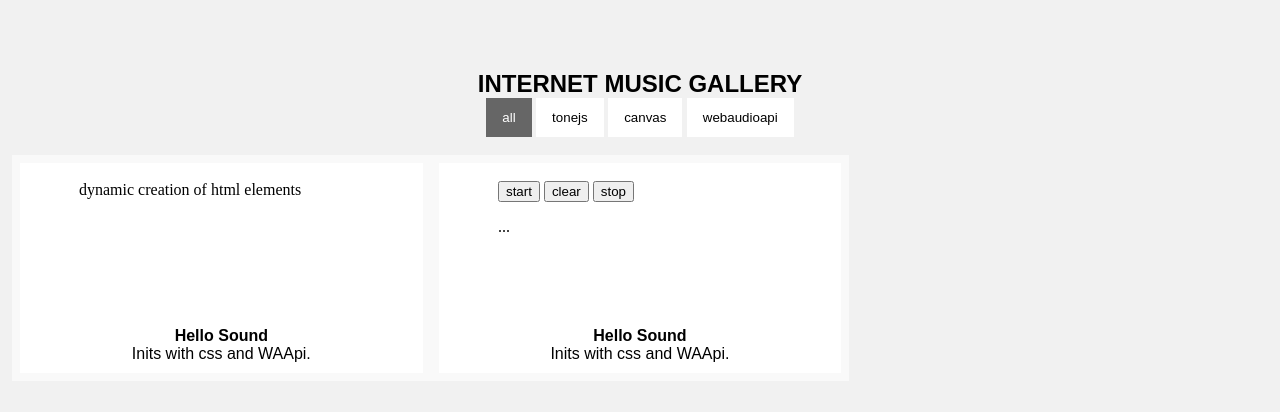
Repository: zzigo/internetmusic
Page: index.html
An editor plug-in stored every save of this project. The page is shown before and after the next save, followed by the edit.
The browser window is 1280 px wide. The pictures show the whole page.

Above is the page before, as saved 2022-07-05 07:14:39.
Console error: SyntaxError: Unexpected token '.'

### index.html
<!DOCTYPE html>
<html lang="en">

<head>
    <meta charset="UTF-8">
    <meta http-equiv="X-UA-Compatible" content="IE=edge">
    <meta name="viewport" content="width=device-width, initial-scale=1.0">
    <title>IM repository</title>

    <style>
        /* Variables */
        @thumbnail-width: 1440px;
        @thumbnail-height: 900px;
        @thumbnail-zoom: 0.25;

        /* Basic CSS Reset */
        * {
            margin: 0;
            padding: 0;
            box-sizing: border-box;
        }

        /* Demo-specific styling */
        body {
            text-align: center;
            margin-top: 50px;
        }

        /* This container helps the thumbnail behave as if it were an unscaled IMG element */
        .column {
            width: calc(@thumbnail-width * @thumbnail-zoom);
            height: calc(@thumbnail-height * @thumbnail-zoom);
            display: inline-block;
            overflow: hidden;
            position: relative;
            background: #f9f9f9;
        }

        /* Image Icon for the Background */
        .column::before {
            position: absolute;
            left: ~"calc(50% - 16px)";
            top: ~"calc(50% - 18px)";
            opacity: 0.2;
            display: block;
            -ms-zoom: 2;
            -o-transform: scale(2);
            -moz-transform: scale(2);
            -webkit-transform: scale(2);
            /* content: url("data:[embedded picture, 1590 characters]"); */
        }

        /* This is a masking container for the zoomed iframe element */
        .thumbnail {
            background-color: white;
            padding: 10px;
            -ms-zoom: @thumbnail-zoom;
            -moz-transform: scale(@thumbnail-zoom);
            -moz-transform-origin: 0 0;
            -o-transform: scale(@thumbnail-zoom);
            -o-transform-origin: 0 0;
            -webkit-transform: scale(@thumbnail-zoom);
            -webkit-transform-origin: 0 0;
        }



        /* This is our screen sizing */
        .thumbnail,
        .thumbnail iframe {
            width: @thumbnail-width;
            height: @thumbnail-height;
        }

        /* This facilitates the fade-in transition instead of flicker. It also helps us maintain the illusion that this is an image, since some webpages will have a preloading animation or wait for some images to download */
        .thumbnail iframe {
            opacity: 0;
            transition: all 300ms ease-in-out;
        }

        /* This pseudo element masks the iframe, so that mouse wheel scrolling and clicking do not affect the simulated "screenshot" */
        .thumbnail:after {
            content: "";
            display: block;
            position: absolute;
            top: 0;
            left: 0;
            right: 0;
            bottom: 0;
        }

        * {
            box-sizing: border-box;
        }

        body {
            background-color: #f1f1f1;
            padding: 20px;
            font-family: Arial;
        }

        /* Center website */
        .main {
            max-width: 1000px;
            margin: auto;
        }

        h1 {
            font-size: 50px;
            word-break: break-all;
        }

        .row {
            margin: 10px -16px;
        }

        /* Add padding BETWEEN each column */
        .row,
        .row>.column {
            padding: 8px;
        }

        /* Create three equal columns that floats next to each other */
        .column {
            float: left;
            width: 33.33%;
            display: none;
            /* Hide all elements by default */
        }

        /* Clear floats after rows */
        .row:after {
            content: "";
            display: table;
            clear: both;
        }



        /* The "show" class is added to the filtered elements */
        .show {
            display: block;
        }

        /* Style the buttons */
        .btn {
            border: none;
            outline: none;
            padding: 12px 16px;
            background-color: white;
            cursor: pointer;
        }

        .btn:hover {
            background-color: #ddd;
        }

        .btn.active {
            background-color: #666;
            color: white;
        }
    </style>
</head>

<body>


    <h2>INTERNET MUSIC GALLERY</h2>
    <div id="myBtnContainer">
        <button class="btn active" onclick="filterSelection('all')"> all</button>
        <button class="btn" onclick="filterSelection('tonejs')"> tonejs</button>
        <button class="btn" onclick="filterSelection('canvas')"> canvas</button>
        <button class="btn" onclick="filterSelection('webaudioapi')"> webaudioapi</button>
    </div>

    <div class="row">
        <div class="column tonejs">
            <div class="thumbnail" onclick="location.href='./class01/hellosound03.html';">
                <!-- <img src="/w3images/mountains.jpg" alt="Mountains" style="width:100%"> -->
                <iframe src="./class01/hellosound03.html" frameborder="0" onload="this.style.opacity = 1"></iframe>

                <h4>Hello Sound</h4>
                <p>Inits with css and WAApi.</p>
            </div>
        </div>

        <div class="column webaudioapi">
            <div class="thumbnail" onclick="location.href='./class02-tonejs/tonejs01.html';">
                <!-- <img src="/w3images/mountains.jpg" alt="Mountains" style="width:100%"> -->
                <iframe src="./class02-tonejs/tonejs01.html" frameborder="0" onload="this.style.opacity = 1"></iframe>

                <h4>Hello Sound</h4>
                <p>Inits with css and WAApi.</p>
            </div>
        </div>





        <!-- END GRID -->
    </div>

    <!-- END MAIN -->
    </div>

    <script>
        const sites = [{
                name: "Hello Sound",
                url: "./class01/hellosound03.html",
                comment: "Inits with css and WAApi",
                img: ""
            },
            {
                name: "Theremin",
                url: "./class02-tonejs/tonejs01.html",
                comment: "Initial theremin"
            }
        ];


        for (var i = 0; i < sites.length; i++) {
            console.log(sites[i].name);
        }





        filterSelection("all")

        function filterSelection(c) {
            var x, i;
            x = document.getElementsByClassName("column");
            if (c == "all") c = "";
            for (i = 0; i < x.length; i++) {
                w3RemoveClass(x[i], "show");
                if (x[i].className.indexOf(c) > -1) w3AddClass(x[i], "show");
            }
        }

        function w3AddClass(element, name) {
            var i, arr1, arr2;
            arr1 = element.className.split(" ");
            arr2 = name.split(" ");
            for (i = 0; i < arr2.length; i++) {
                if (arr1.indexOf(arr2[i]) == -1) {
                    element.className += " " + arr2[i];
                }
            }
        }

        function w3RemoveClass(element, name) {
            var i, arr1, arr2;
            arr1 = element.className.split(" ");
            arr2 = name.split(" ");
            for (i = 0; i < arr2.length; i++) {
                while (arr1.indexOf(arr2[i]) > -1) {
                    arr1.splice(arr1.indexOf(arr2[i]), 1);
                }
            }
            element.className = arr1.join(" ");
        }


        // Add active class to the current button (highlight it)
        var btnContainer = document.getElementById("myBtnContainer");
        var btns = btnContainer.getElementsByClassName("btn");
        for (var i = 0; i < btns.length; i++) {
            btns[i].addEventListener("click", function () {
                var current = document.getElementsByClassName("active");
                current[0].className = current[0].className.replace(" active", "");
                this.className += " active";
            });
        }
    </script>

</body>

</html>

### class01/hellosound03.html
<html>

<head>
    <style>
        body {
            height: 500px;
        }
    </style>
</head>

<body>
    <p>dynamic creation of html elements</p>
    <script>
        var freq = 200;
        var duration = 1;
        var vol = 0.05;

        function createElem() {
            console.log("volumen " + vol)
            let h1Elem = document.createElement("h1");
            let text = document.createTextNode("Hello Sound at: " + freq + " Hz! and " + duration.toFixed(2) + " ''");
            h1Elem.appendChild(text);
            document.body.appendChild(h1Elem);
            h1Elem.style.opacity = vol;
            playOsc();

        }
        document.body.addEventListener("click", createElem);


        function playOsc() {

            //sound
            const context = new AudioContext(),
                osc = new OscillatorNode(context),
                amp = new GainNode(context, {
                    gain: vol
                });
            osc.connect(amp).connect(context.destination);
            osc.start();
            freq = Math.round(Math.random() * 1000);
            duration = (Math.random() * 2000);
            vol = Math.random() / 2;




            osc.frequency.value = freq;
            osc.stop(duration);

        }
    </script>
</body>

</html>

### class02-tonejs/tonejs01.html
<!DOCTYPE html>
<html lang="en">

<head>
    <script src="https://cdnjs.cloudflare.com/ajax/libs/tone/14.8.3/Tone.js"
        integrity="sha512-nUjml8mN4CNYqBAy0ndDrd8pJV/eTtBNDsnvNtPqozx9/BccUeWSoKW14qWkQUnhuh8E3m+yra3qdzM68lqPEQ=="
        crossorigin="anonymous"></script>
    <meta charset="UTF-8">
    <meta http-equiv="X-UA-Compatible" content="IE=edge">
    <meta name="viewport" content="width=device-width, initial-scale=1.0">
    <title>Document</title>
</head>

<body>
    <button id="start">start</button>
    <button id="clear">clear</button>
    <button id="stop">stop</button>
    <p id="status">...</p>

    <script>
        let clicks = 1;
        const osc = new Tone.Oscillator('C1').toDestination();
        document.getElementById("clear") ? .addEventListener('click', () => {
            clicks = 0;
        });
        document.getElementById("stop") ? .addEventListener('click', () => {
            osc.stop(0);
        });
        document.getElementById('start') ? .addEventListener('click', async () => {

            let newValue = "C" + clicks.toString();
            osc.frequency.rampTo(newValue, .4);

            console.log("starting with", newValue);
            osc.start();
            document.getElementById("status").innerText = "playing " + newValue;
            clicks += 1;
        })
    </script>
</body>

</html>

After the next save:
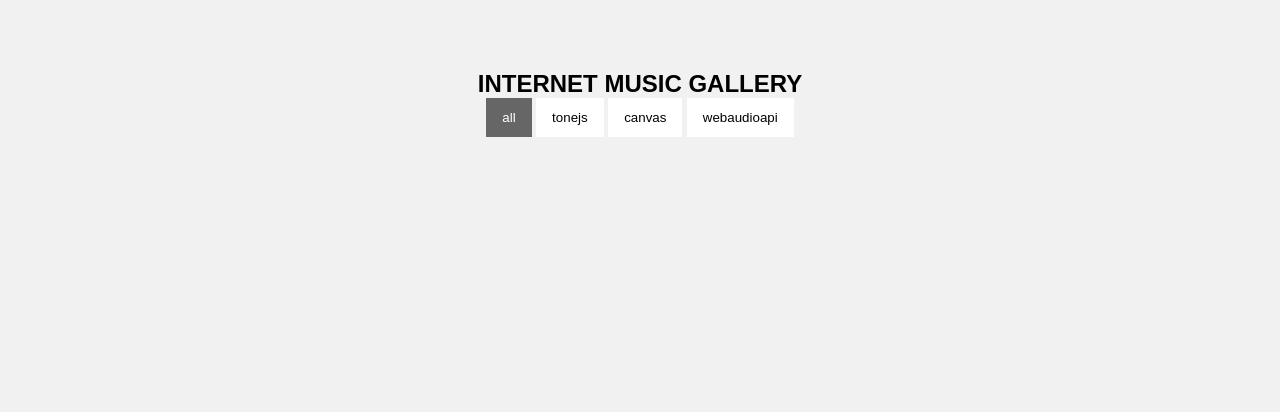
Console error: SyntaxError: missing ) after argument list
Saved 11 min 12 s later.
--- a/index.html
+++ b/index.html
@@ -207,20 +207,36 @@
     <script>
         const sites = [{
                 name: "Hello Sound",
+                category: "tonejs",
                 url: "./class01/hellosound03.html",
                 comment: "Inits with css and WAApi",
                 img: ""
             },
             {
                 name: "Theremin",
+                category: "webaudioapi",
                 url: "./class02-tonejs/tonejs01.html",
                 comment: "Initial theremin"
             }
         ];
 
+        // create div class row
 
         for (var i = 0; i < sites.length; i++) {
             console.log(sites[i].name);
+            var column = document.createElement("div");
+            column.classList.add("column " + sites[i].category;)
+
+            var row = document.getElementById("row");
+            row.appendChild(column);
+
+
+            // div column <category>
+            // div class thumbnail
+            // iframe
+            // h4
+            // p
+
         }
 
 

After the save that followed:
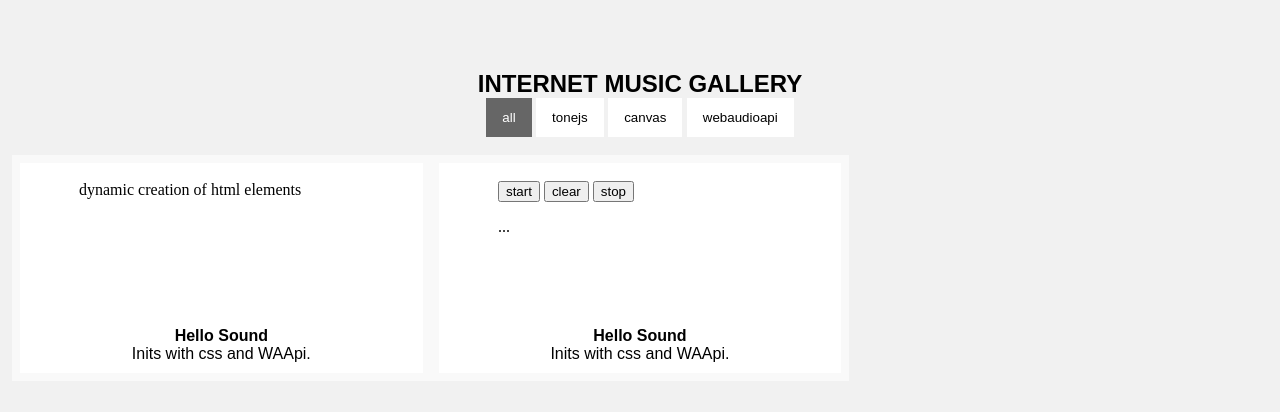
Console error: SyntaxError: Unexpected token '.'
Saved 2 min 52 s later.
--- a/index.html
+++ b/index.html
@@ -224,11 +224,12 @@
 
         for (var i = 0; i < sites.length; i++) {
             console.log(sites[i].name);
-            var column = document.createElement("div");
-            column.classList.add("column " + sites[i].category;)
-
-            var row = document.getElementById("row");
-            row.appendChild(column);
+            // var column = document.createElement("div");
+            // column.classList.add("column " + sites[i].category;)
+
+            // var row = document.getElementById("row");
+            // row.appendChild(column);
+
 
 
             // div column <category>
